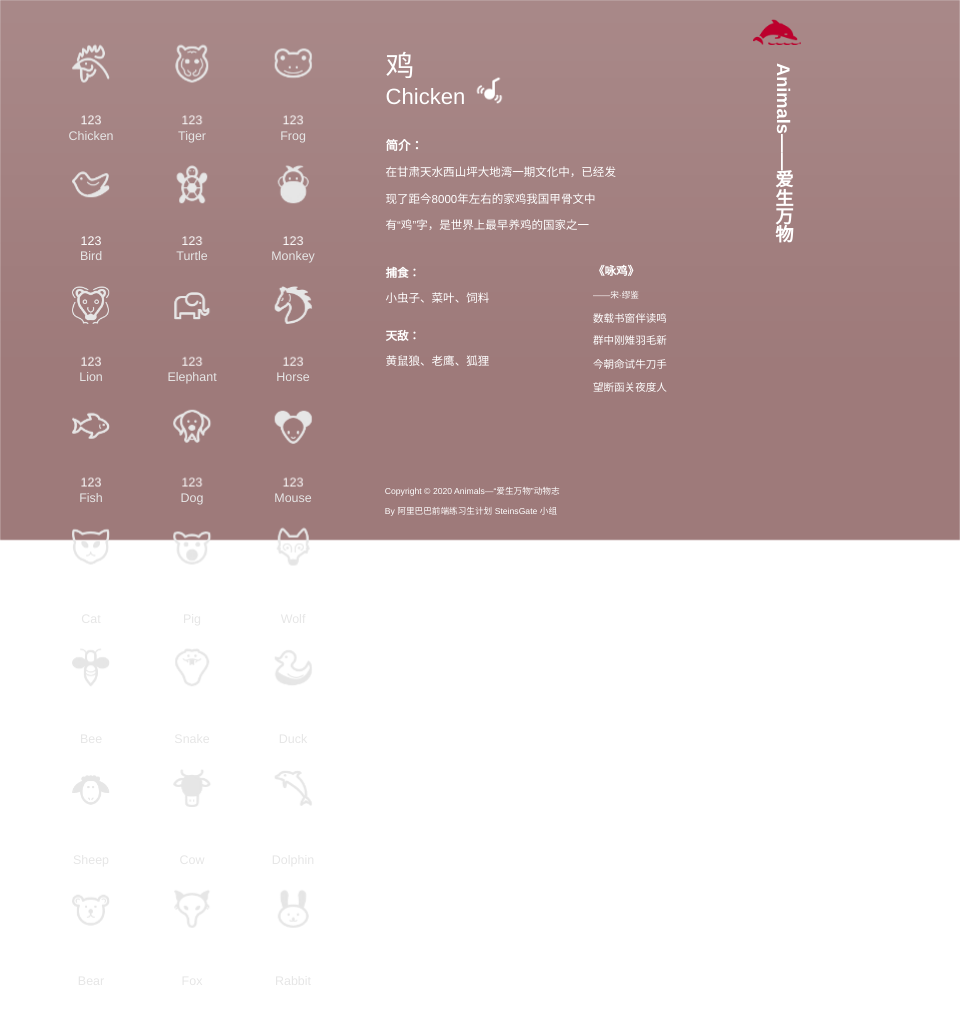
Repository: Whiskeyi/Animals
Page: /
An editor plug-in stored every save of this project. The page is shown before and after the next save, followed by the edit.
The browser window is 1280 px wide. The pictures show the whole page, at 75% of full size.
The project was rebuilt for these pictures with package versions that can differ from the ones it lists, and the page was loaded fresh each time.

Above is the page before, as saved 2021-11-18 23:09:13.

After the next save:
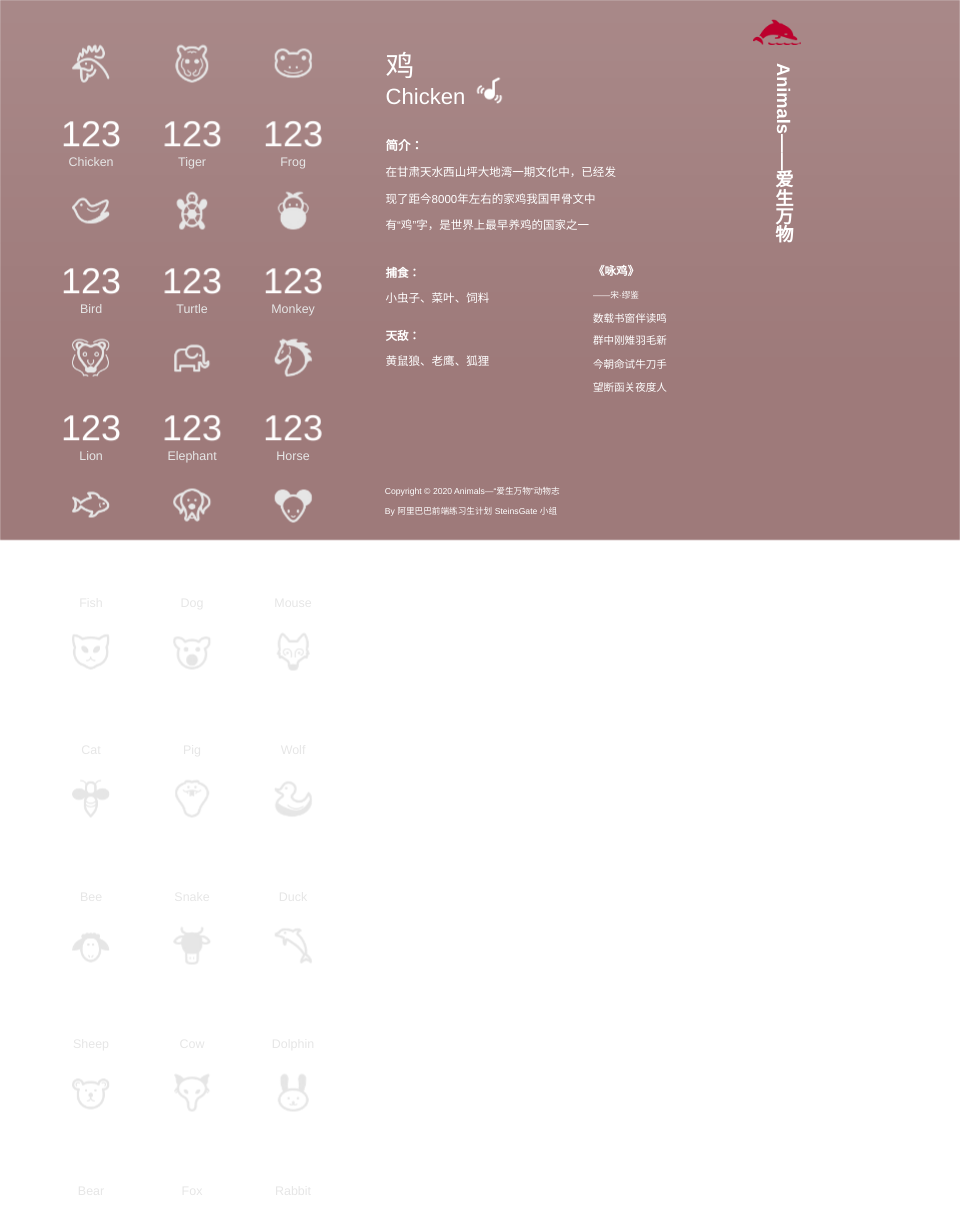
Saved 43 s later.
--- a/src/components/left-main/index.vue
+++ b/src/components/left-main/index.vue
@@ -7,9 +7,9 @@
             <div class="word">
               <el-image class="logo" alt="logo" :src="require('../../icons/animals/'+imgs[(i - 1) * 3 + index].img+'.png')"></el-image>
             </div>
-          </div>
-          <div class="pic" >
-            <div>123</div>
+            <div class="pic">
+              <div>123</div>
+            </div>
           </div>
           <div class="romaji" @click="getInfo((i - 1) * 3 + index)">{{ item.enName }}</div>
         </div>
